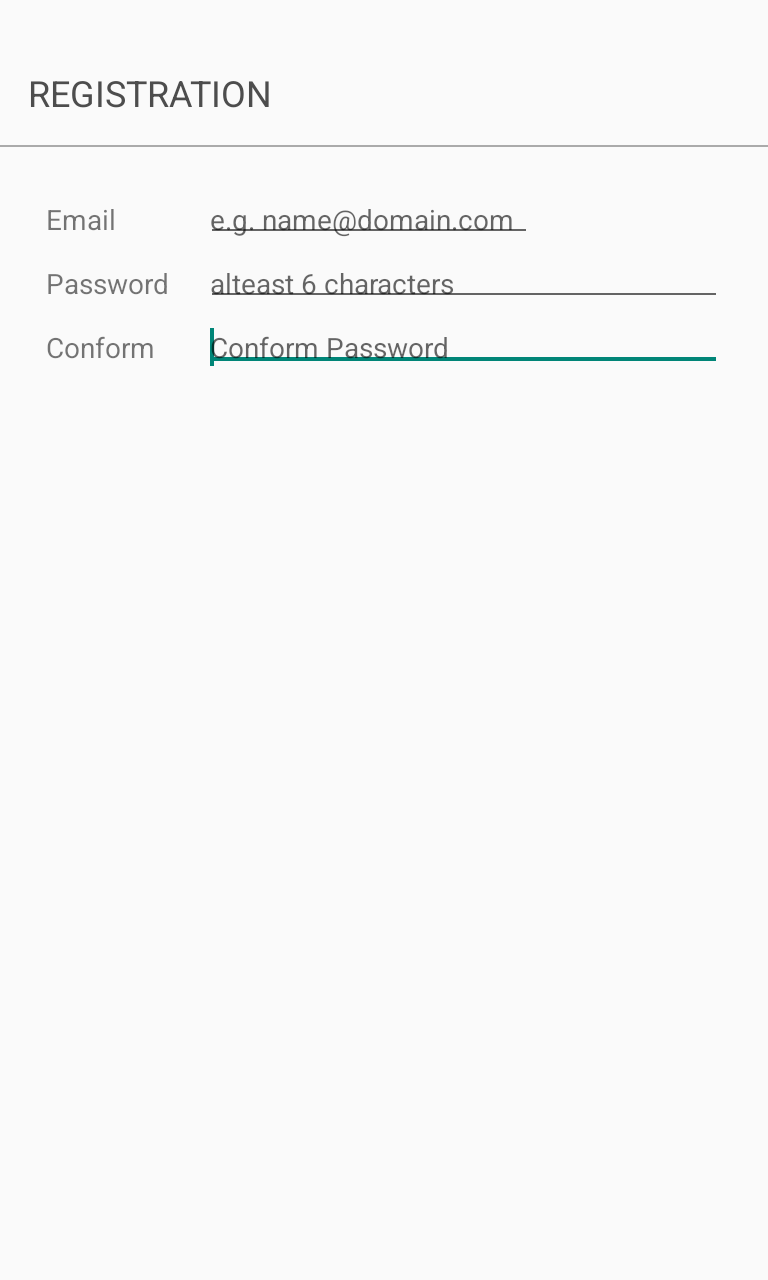
Repository: lMayuraDevani/BrentBrown
Layout: BrentBrown/res/layout/register.xml
The author's editor kept a copy of each file at every save. The layout is drawn from the files as they stood at one save, then again after the next save.
It is drawn on a 768 x 1280 px phone screen (xhdpi) without system bars, with theme AppTheme; the app's code is not run.

Above is the layout before, as saved 2014-11-12 09:29:14.

### BrentBrown/res/layout/register.xml
<?xml version="1.0" encoding="utf-8"?>
<LinearLayout xmlns:android="http://schemas.android.com/apk/res/android"
    android:layout_width="match_parent"
    android:layout_height="match_parent"
    android:orientation="vertical" >


    <TextView
        android:id="@+id/textView1"
        android:layout_width="wrap_content"
        android:layout_height="wrap_content"
        android:layout_marginTop="20dp"
        android:padding="14dp"
        android:text="@string/registration_lable"
        android:textColor="@color/dark_gray_for_front"
        android:textAppearance="?android:attr/textAppearanceMedium" />


    <View
	   android:layout_width="fill_parent"
	   android:layout_height="1dp"
	   android:background="@android:color/darker_gray" />

    <LinearLayout
                android:layout_width="fill_parent"
                android:layout_height="wrap_content"
                android:padding="20dp"
                android:orientation="vertical" >

      <LinearLayout
                android:layout_width="fill_parent"
                android:layout_height="wrap_content"
                android:padding="2dp"
                android:orientation="horizontal" >

                <TextView
                    android:id="@+id/emaillbl"
                    android:layout_width="80dp"
                    android:layout_height="wrap_content"
                    android:layout_gravity="center"
                    android:padding="01dp"
                    android:text="Email"
                    android:textAppearance="?android:attr/textAppearanceSmall" />

                <EditText
                    android:id="@+id/emailtxt"
                    android:layout_width="wrap_content"
                    android:layout_height="wrap_content"
                    android:ems="10"
                    android:hint="e.g. name@domain.com"
                    android:padding="3dp"
                    android:textAppearance="?android:attr/textAppearanceSmall"
                    android:textColor="#CDCCCD" >

                    <requestFocus />
                </EditText>
            </LinearLayout>

      <LinearLayout
                android:layout_width="fill_parent"
                android:layout_height="wrap_content"
                android:padding="2dp"
                android:orientation="horizontal" >

                <TextView
                    android:id="@+id/pass"
                    android:layout_width="80dp"
                    android:layout_height="wrap_content"
                    android:layout_gravity="center"
                    android:padding="01dp"
                    android:text="Password"
                    android:textAppearance="?android:attr/textAppearanceSmall" />

                  <EditText
                    android:id="@+id/passwordtxt"
                    android:layout_width="match_parent"
                    android:layout_height="wrap_content"
                    android:ems="10"
                    android:hint="alteast 6 characters"
                    android:inputType="textPassword"
                    android:padding="3dp"
                    android:textAppearance="?android:attr/textAppearanceSmall"
                    android:textColor="#CDCCCD" >

                    <requestFocus />
                </EditText>
            </LinearLayout>
            <LinearLayout
                android:layout_width="fill_parent"
                android:layout_height="wrap_content"
                android:padding="2dp"
                android:orientation="horizontal" >

                <TextView
                    android:id="@+id/conformpass"
                    android:layout_width="80dp"
                    android:layout_height="wrap_content"
                    android:layout_gravity="center"
                    android:padding="01dp"
                    android:text="Conform"
                    android:textAppearance="?android:attr/textAppearanceSmall" />

                <EditText
                    android:id="@+id/cpasswordtxt"
                    android:layout_width="match_parent"
                    android:layout_height="wrap_content"
                    android:ems="10"
                    android:hint="Conform Password"
                    android:inputType="textPassword"
                    android:padding="3dp"
                    android:textAppearance="?android:attr/textAppearanceSmall"
                    android:textColor="#CDCCCD" >

                    <requestFocus />
                </EditText>
            </LinearLayout>
      </LinearLayout>

</LinearLayout>

### BrentBrown/res/values/styles.xml
<resources xmlns:android="http://schemas.android.com/apk/res/android">

    <style name="AppBaseTheme" parent="Theme.AppCompat"></style>

    <!-- Application theme. -->
    <style name="AppTheme" parent="AppBaseTheme">
        <item name="actionBarStyle">@style/CustomizedActionbar</item>
        <item name="actionBarTabStyle">@style/CustomizedActionbarTabs</item>
        <item name="android:actionBarStyle">@style/CustomizedActionbar</item>
        <item name="android:actionBarTabStyle">@style/CustomizedActionbarTabs</item>
    </style>

    <!-- ActionBar styles -->
    <style name="CustomizedActionbar" parent="@style/Widget.AppCompat.ActionBar">
        <item name="android:background">@color/ActionBarColor</item>

        <!-- Support library compatibility -->
        <item name="background">@color/ActionBarColor</item>
        <item name="android:divider">@drawable/tabdivider</item>
    </style>

    <!-- ActionBar tabs styles -->
    <style name="CustomizedActionbarTabs" parent="@style/Widget.AppCompat.ActionBar.TabView">

        <!-- tab indicator -->
        <item name="android:background">@drawable/actionbar_tab_indicator</item>
        <item name="android:divider">@drawable/tabdivider</item>

        <!-- Support library compatibility -->
        <item name="background">@drawable/actionbar_tab_indicator</item>
    </style>

</resources>

### BrentBrown/res/drawable/actionbar_tab_indicator.xml
<?xml version="1.0" encoding="utf-8"?>
<selector xmlns:android="http://schemas.android.com/apk/res/android">

<!-- STATES WHEN BUTTON IS NOT PRESSED -->

    <!-- Non focused states -->
    <item android:state_focused="false" android:state_selected="false"
          android:state_pressed="false"

          android:drawable="@drawable/tab_unselected" />
    <item android:state_focused="false" android:state_selected="true"
          android:state_pressed="false"

          android:drawable="@drawable/tab_selected" />

    <!-- Focused states (such as when focused with a d-pad or mouse hover) -->
    <item android:state_focused="true" android:state_selected="false"
          android:state_pressed="false"
          android:drawable="@drawable/tab_unselected_focused" />
    <item android:state_focused="true" android:state_selected="true"
          android:state_pressed="false"
          android:drawable="@drawable/tab_selected_focused" />


<!-- STATES WHEN BUTTON IS PRESSED -->

    <!-- Non focused states -->
    <item android:state_focused="false" android:state_selected="false"
          android:state_pressed="true"
          android:drawable="@drawable/tab_unselected_pressed" />
    <item android:state_focused="false" android:state_selected="true"
        android:state_pressed="true"
        android:drawable="@drawable/tab_selected_pressed" />

    <!-- Focused states (such as when focused with a d-pad or mouse hover) -->
    <item android:state_focused="true" android:state_selected="false"
          android:state_pressed="true"
          android:drawable="@drawable/tab_unselected_pressed" />
    <item android:state_focused="true" android:state_selected="true"
          android:state_pressed="true"
          android:drawable="@drawable/tab_selected_pressed" />
</selector>

### BrentBrown/res/drawable/tabdivider.xml
<?xml version="1.0" encoding="utf-8"?>
<shape xmlns:android="http://schemas.android.com/apk/res/android"
    android:shape="line"  >

      <size android:width="2dp" android:height="10dp"/>
    <solid android:color="@color/BorderGrayColor" />
    <padding android:left="15dp" android:top="15dp" />

</shape>

### BrentBrown/res/values/color.xml
<?xml version="1.0" encoding="utf-8"?>
<resources>

    <color name="gray_list_item">#E5E5E5</color>
    <color name="gray_backgroound">#EEEEEE</color>
    <color name="gray_border">#b6b6b6</color>
    <color name="ActionBarColor">#25C389</color>
    <color name="BorderGrayColor">#CED8D8</color>
    <color name="OrangeTabColor">#F5963C</color>
    <color name="TurquoiseBlueTabColor">#05AEAA</color>
    <color name="MediumGrayBackColor">#D8D8D8</color>
    <color name="list_item_title">#444444</color>
    <color name="list_item_subtitle">#929292</color>
    <color name="dark_gray_for_front">#4d4d4d</color>



</resources>

### BrentBrown/res/drawable/tab_unselected.xml
<shape xmlns:android="http://schemas.android.com/apk/res/android"
    android:shape="rectangle" >

    <solid android:color="@color/OrangeTabColor" />

</shape>

### BrentBrown/res/drawable/tab_selected.xml
<?xml version="1.0" encoding="utf-8"?>
<shape xmlns:android="http://schemas.android.com/apk/res/android"
    android:shape="rectangle" >

    <solid android:color="@color/TurquoiseBlueTabColor" />



</shape>

### BrentBrown/res/drawable/tab_unselected_focused.xml
<shape xmlns:android="http://schemas.android.com/apk/res/android"
    android:shape="rectangle" >



   <solid android:color="@color/OrangeTabColor"/>

</shape>

### BrentBrown/res/drawable/tab_selected_focused.xml
<?xml version="1.0" encoding="utf-8"?>
<shape xmlns:android="http://schemas.android.com/apk/res/android"
    android:shape="rectangle" >



 <solid android:color="@color/TurquoiseBlueTabColor" />



</shape>

### BrentBrown/res/drawable/tab_unselected_pressed.xml
<shape xmlns:android="http://schemas.android.com/apk/res/android"
    android:shape="rectangle" >



    <solid android:color="@color/OrangeTabColor" />

</shape>

### BrentBrown/res/drawable/tab_selected_pressed.xml
<?xml version="1.0" encoding="utf-8"?>
<shape xmlns:android="http://schemas.android.com/apk/res/android"
    android:shape="rectangle" >
    <solid android:color="@color/TurquoiseBlueTabColor" />

</shape>

### BrentBrown/res/values/strings.xml
<?xml version="1.0" encoding="utf-8"?>
<resources>

    <string name="app_name"> Brent Brown</string>
    <string name="title_garage"> Garage</string>
    <string name="title_showroom"> Showroom</string>
    <string name="title_specials"> Specials</string>
    <string name="title_tools"> Tools</string>
    <string name="title_extra"> More</string>

    <string name="title_ServiceHistory">Service</string>
    <string name="title_Appointments">Appontments</string>
    <string name="title_Message">Message</string>

    <string name="hello_world">Hello world!</string>
    <string name="action_settings">Settings</string>

    <string name="menu_settings">Settings</string>
    <string name="pull_to_refresh_pull_label">Pull to refresh...</string>
    <string name="pull_to_refresh_release_label">Release to refresh...</string>
    <string name="pull_to_refresh_refreshing_label">Loading...</string>
    <string name="pull_to_refresh_tap_label">Tap to refresh...</string>
    <string name="registration_lable">REGISTRATION</string>


</resources>

Loaded but not shown: BrentBrown/res/values-v11/styles.xml (common file); BrentBrown/res/values-v14/styles.xml (common file)

After the next save:
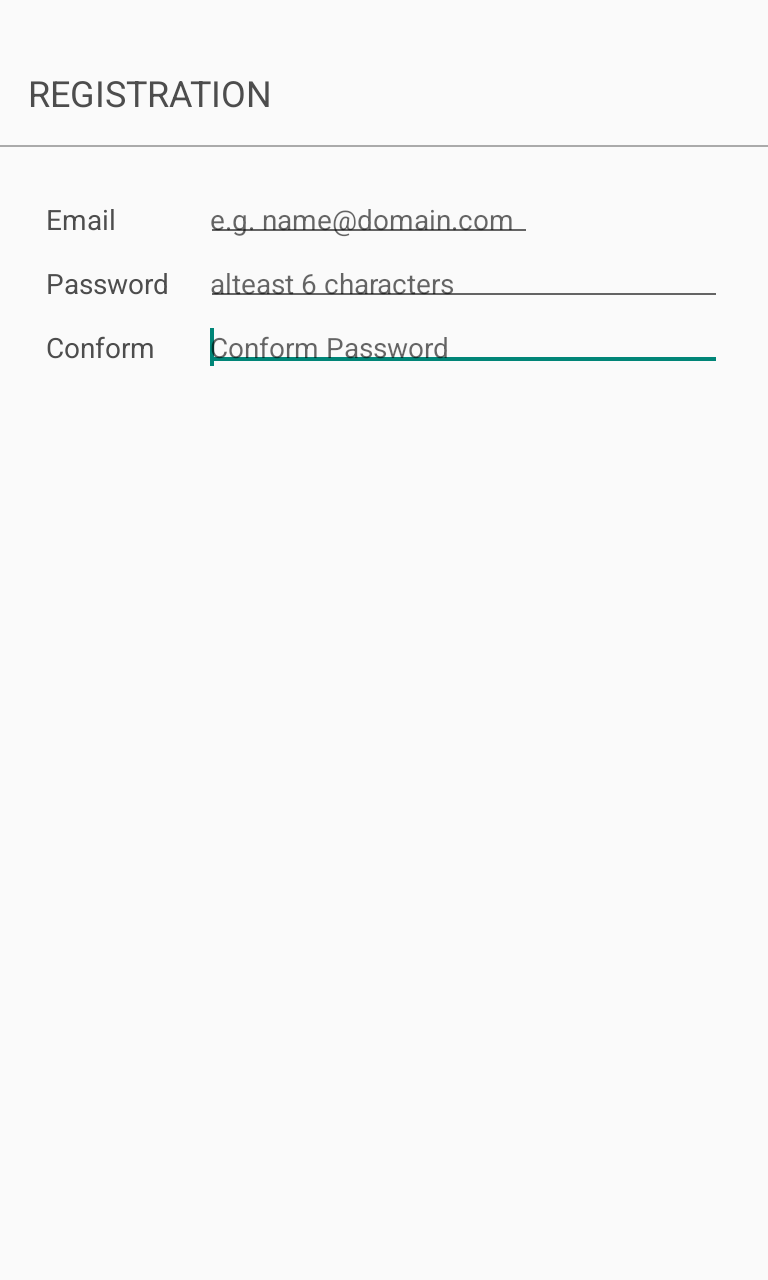
Saved 45 s later.
--- a/BrentBrown/res/layout/register.xml
+++ b/BrentBrown/res/layout/register.xml
@@ -40,6 +40,7 @@
                     android:layout_gravity="center"
                     android:padding="01dp"
                     android:text="Email"
+                    android:textColor="@color/dark_gray_for_front"
                     android:textAppearance="?android:attr/textAppearanceSmall" />
 
                 <EditText
@@ -49,6 +50,7 @@
                     android:ems="10"
                     android:hint="e.g. name@domain.com"
                     android:padding="3dp"
+                     android:textColor="@android:color/darker_gray"
                     android:textAppearance="?android:attr/textAppearanceSmall"
                     android:textColor="#CDCCCD" >
 
@@ -69,6 +71,7 @@
                     android:layout_gravity="center"
                     android:padding="01dp"
                     android:text="Password"
+                    android:textColor="@color/dark_gray_for_front"
                     android:textAppearance="?android:attr/textAppearanceSmall" />
 
                   <EditText
@@ -98,6 +101,7 @@
                     android:layout_gravity="center"
                     android:padding="01dp"
                     android:text="Conform"
+                    android:textColor="@color/dark_gray_for_front"
                     android:textAppearance="?android:attr/textAppearanceSmall" />
 
                 <EditText
